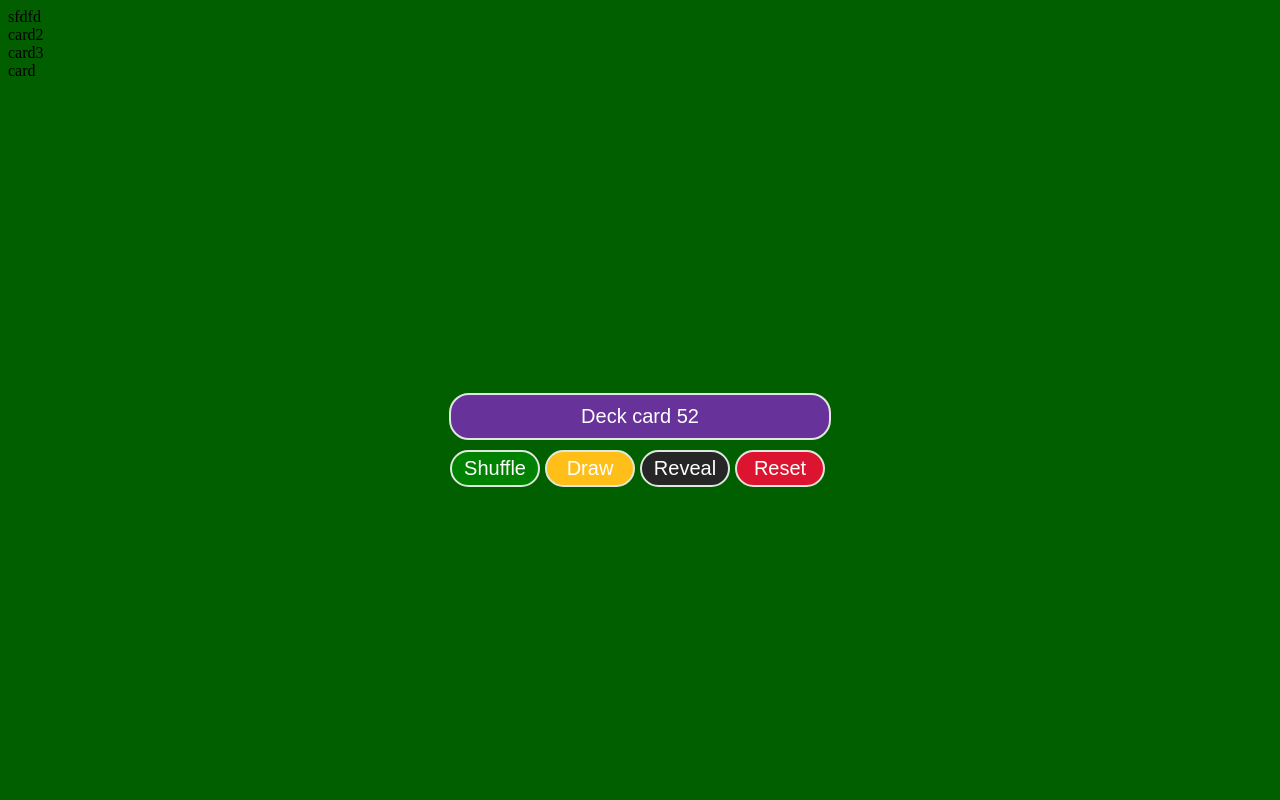
Repository: tiendungjr123/app-baicao
Page: /
The author's editor kept a copy of each file at every save. The page is drawn from the files as they stood at one save, then again after the next save.
The browser window is 1280 px wide. The pictures show the whole page.
The project was rebuilt for these pictures with package versions that can differ from the ones it lists, and the page was loaded fresh each time. Also part of the build but not shown: src/index.css.

Above is the page before, as saved 2022-10-10 23:59:25.

After the next save:
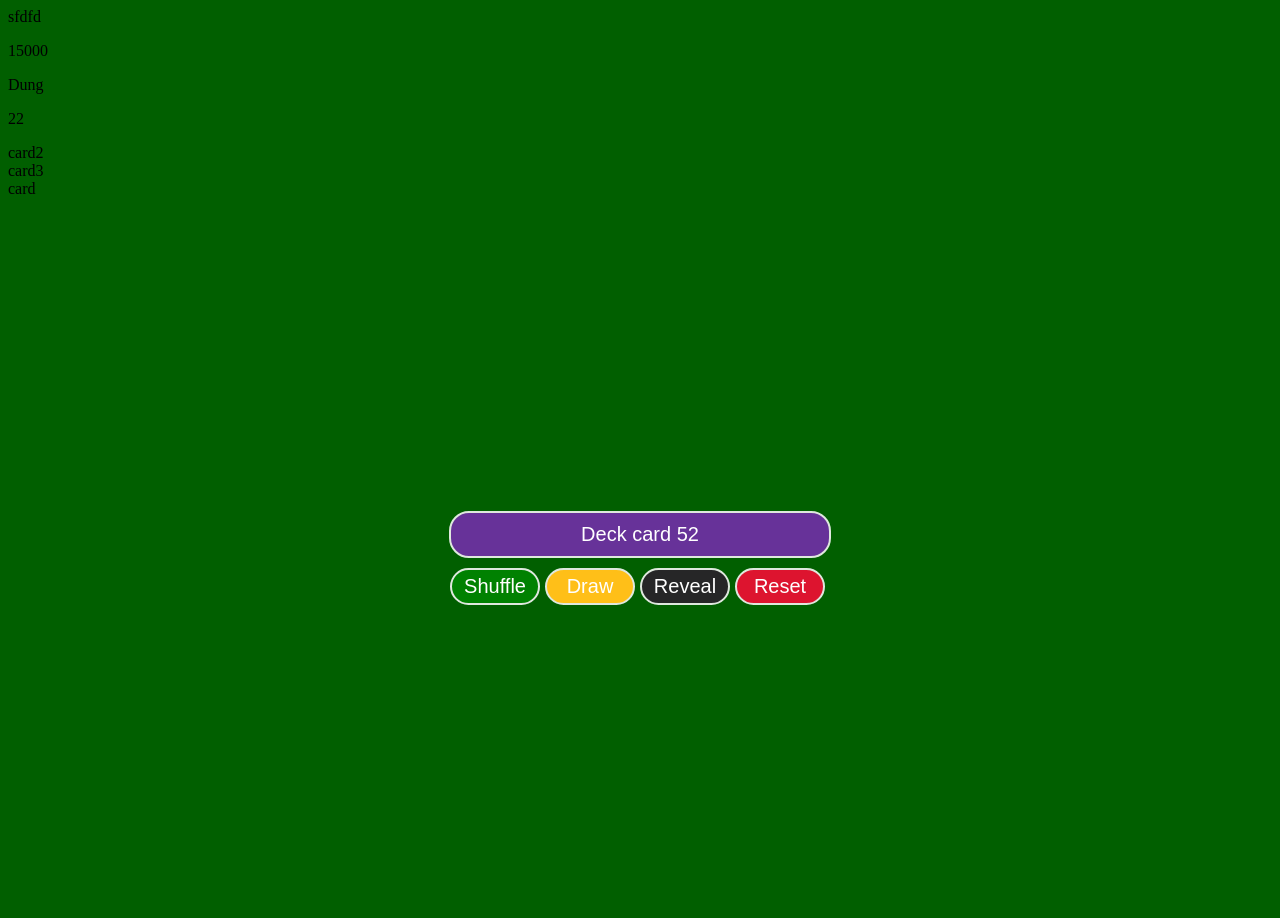
Saved 100 s later.
--- a/src/Components/card.jsx
+++ b/src/Components/card.jsx
@@ -6,6 +6,9 @@ const Card = () => {
          <div className='card-img'>
             sfdfd
          </div>
+         <p className='point'>15000</p>
+         <p className='user'>Dung</p>
+         <p className='point-card'>22</p>
       </div>
    );
 }
